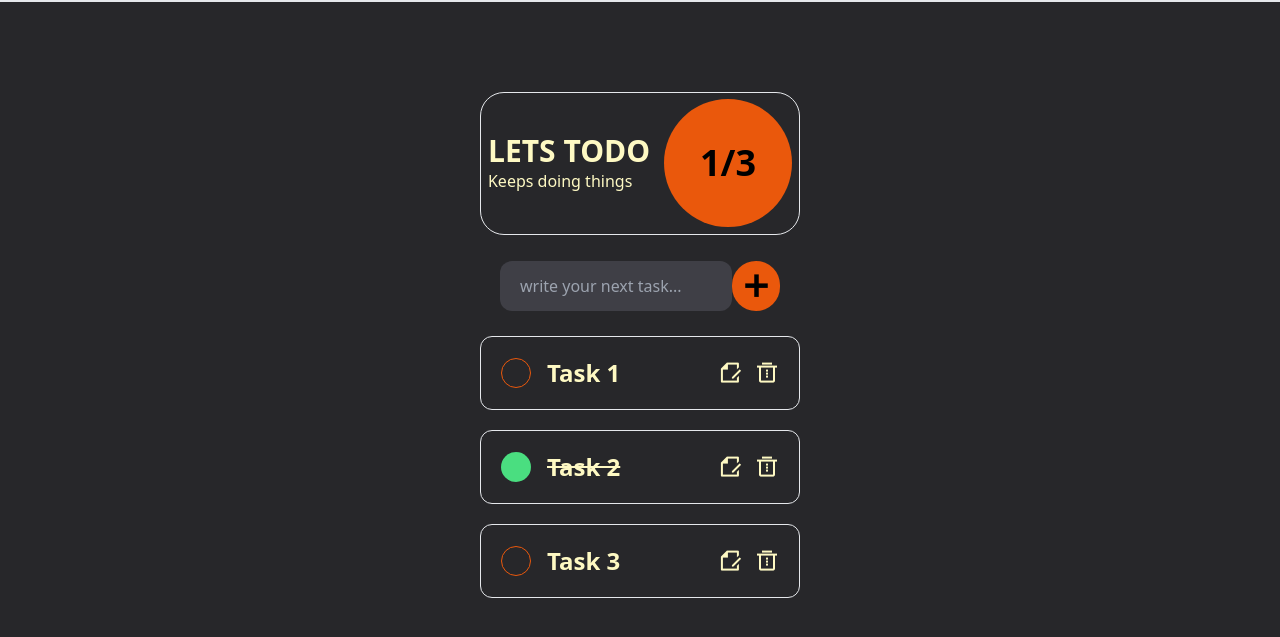
Repository: krayush1109/ToDo_List-React
Page: /
The author's editor kept a copy of each file at every save. The page is drawn from the files as they stood at one save, then again after the next save.
The browser window is 1280 px wide. The pictures show the whole page.
The project was rebuilt for these pictures with package versions that can differ from the ones it lists, and the page was loaded fresh each time. Also part of the build but not shown: vite.config.js.

Above is the page before, as saved 2024-07-23 00:26:08.

### src/main.jsx
import React from 'react'
import ReactDOM from 'react-dom/client'
import App from './App.jsx'
import './main.css'
import 'remixicon/fonts/remixicon.css'

ReactDOM.createRoot(document.getElementById('root')).render(
  <React.StrictMode>
    <App />
  </React.StrictMode>,
)

### src/App.jsx
import React from 'react'

import Todo from './Components/Todo';

const App = () => {
  return (
    <>
      <Todo />
    </>
  )
}

export default App

### src/Components/Todo.jsx
import './style_ui.css';
import Todo from './Todo';

const App = () => {
    return (
        <div className="app-container">
            <div className="header-container">
                <div className="header-text">
                    <h1 className="header-title">LETS TODO</h1>
                    <p className="header-subtitle">Keeps doing things</p>
                </div>
                <div className="counter">
                    1/3
                </div>
            </div>
            <form className="form-container">
                <input
                    placeholder="write your next task..."
                    className="task-input"
                    type="text"
                />
                <button className="add-button">
                    <i className="ri-add-fill"></i>
                </button>
            </form>
            <ul className="task-list">
                <li className="task-item">
                    <div className="task-details">
                        <div className="task-status task-status-pending"></div>
                        <h1 className="task-title">
                            Task 1
                        </h1>
                    </div>
                    <div className="task-actions">
                        <i className="ri-file-edit-line"></i>
                        <i className="ri-delete-bin-3-line"></i>
                    </div>
                </li>
                <li className="task-item">
                    <div className="task-details">
                        <div className="task-status task-status-completed"></div>
                        <h1 className="task-title-completed">
                            Task 2
                        </h1>
                    </div>
                    <div className="task-actions">
                        <i className="ri-file-edit-line"></i>
                        <i className="ri-delete-bin-3-line"></i>
                    </div>
                </li>
                <li className="task-item">
                    <div className="task-details">
                        <div className="task-status task-status-pending"></div>
                        <h1 className="task-title">
                            Task 3
                        </h1>
                    </div>
                    <div className="task-actions">
                        <i className="ri-file-edit-line"></i>
                        <i className="ri-delete-bin-3-line"></i>
                    </div>
                </li>
            </ul>
        </div>
    );
};

export default App;

### src/Components/style_ui.css
/* styles.css */

.app-container {
    @apply border-t-2 w-screen h-screen bg-zinc-800 flex items-center flex-col;
}

.header-container {
    @apply mt-[7%] min-w-[25vmax] h-[20%] border rounded-3xl flex justify-around items-center;
}

.header-text {
    @apply text-yellow-100;
}

.header-title {
    @apply text-3xl font-bold;
}

.header-subtitle {
    @apply text-yellow-100;
}

.counter {
    @apply text-4xl font-extrabold flex justify-center items-center w-[8rem] h-[8rem] rounded-full bg-orange-600;
}

.form-container {
    @apply w-[25%] flex justify-between px-5 my-[2%];
}

.task-input {
    @apply px-5 py-3 text-yellow-100 outline-none w-[85%] rounded-xl bg-zinc-700;
}

.add-button {
    @apply outline-none text-4xl font-extrabold flex justify-center items-center w-[50px] h-[50px] rounded-full bg-orange-600;
}

.task-list {
    @apply list-none w-[25%];
}

.task-item {
    @apply mb-5 flex justify-between items-center border rounded-xl p-5;
}

.task-details {
    @apply flex items-center;
}

.task-status {
    @apply mr-4 rounded-full w-[30px] h-[30px];
}

.task-title {
    @apply text-2xl font-extrabold text-yellow-100;
}

.task-actions {
    @apply flex gap-3 text-2xl text-yellow-100;
}

.task-title-completed {
    @apply line-through text-2xl font-extrabold text-yellow-100;
}

.task-status-completed {
    @apply mr-4 rounded-full w-[30px] h-[30px] bg-green-400;
}

.task-status-pending {
    @apply mr-4 rounded-full w-[30px] h-[30px] border border-orange-600;
}

Loaded but not shown: index.html (common file); src/main.css (common file); tailwind.config.js (common file)

After the next save:
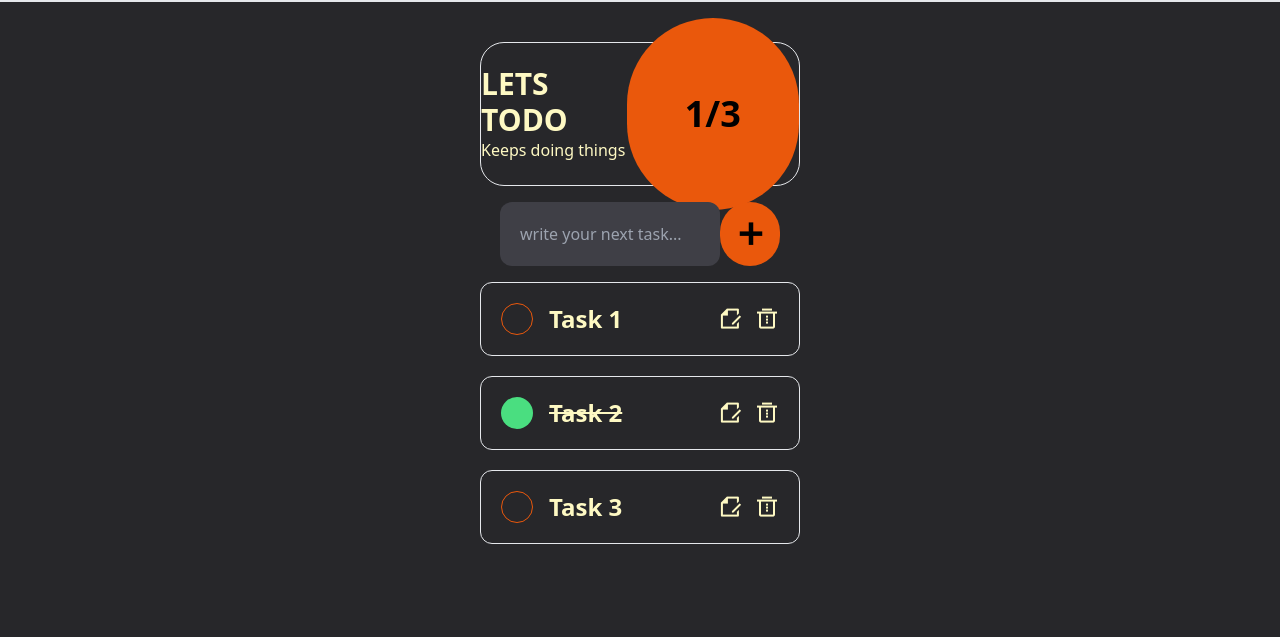
Saved 51 s later.
--- a/src/Components/style_ui.css
+++ b/src/Components/style_ui.css
@@ -1,11 +1,11 @@
 /* styles.css */
 
 .app-container {
-    @apply border-t-2 w-screen h-screen bg-zinc-800 flex items-center flex-col;
+    @apply border-t-2 w-full h-screen bg-zinc-800 flex items-center flex-col;
 }
 
 .header-container {
-    @apply mt-[7%] min-w-[25vmax] h-[20%] border rounded-3xl flex justify-around items-center;
+    @apply mt-10 w-11/12 sm:w-3/4 md:w-2/4 lg:w-1/4 h-1/5 border rounded-3xl flex justify-around items-center;
 }
 
 .header-text {
@@ -21,23 +21,23 @@
 }
 
 .counter {
-    @apply text-4xl font-extrabold flex justify-center items-center w-[8rem] h-[8rem] rounded-full bg-orange-600;
+    @apply text-4xl font-extrabold flex justify-center items-center w-24 h-24 sm:w-32 sm:h-32 md:w-40 md:h-40 lg:w-48 lg:h-48 rounded-full bg-orange-600;
 }
 
 .form-container {
-    @apply w-[25%] flex justify-between px-5 my-[2%];
+    @apply w-11/12 sm:w-3/4 md:w-2/4 lg:w-1/4 flex justify-between px-5 my-4;
 }
 
 .task-input {
-    @apply px-5 py-3 text-yellow-100 outline-none w-[85%] rounded-xl bg-zinc-700;
+    @apply px-5 py-3 text-yellow-100 outline-none w-10/12 rounded-xl bg-zinc-700;
 }
 
 .add-button {
-    @apply outline-none text-4xl font-extrabold flex justify-center items-center w-[50px] h-[50px] rounded-full bg-orange-600;
+    @apply outline-none text-4xl font-extrabold flex justify-center items-center w-12 h-12 sm:w-14 sm:h-14 md:w-16 md:h-16 rounded-full bg-orange-600;
 }
 
 .task-list {
-    @apply list-none w-[25%];
+    @apply list-none w-11/12 sm:w-3/4 md:w-2/4 lg:w-1/4;
 }
 
 .task-item {
@@ -49,7 +49,7 @@
 }
 
 .task-status {
-    @apply mr-4 rounded-full w-[30px] h-[30px];
+    @apply mr-4 rounded-full w-8 h-8;
 }
 
 .task-title {
@@ -65,9 +65,9 @@
 }
 
 .task-status-completed {
-    @apply mr-4 rounded-full w-[30px] h-[30px] bg-green-400;
+    @apply mr-4 rounded-full w-8 h-8 bg-green-400;
 }
 
 .task-status-pending {
-    @apply mr-4 rounded-full w-[30px] h-[30px] border border-orange-600;
+    @apply mr-4 rounded-full w-8 h-8 border border-orange-600;
 }
